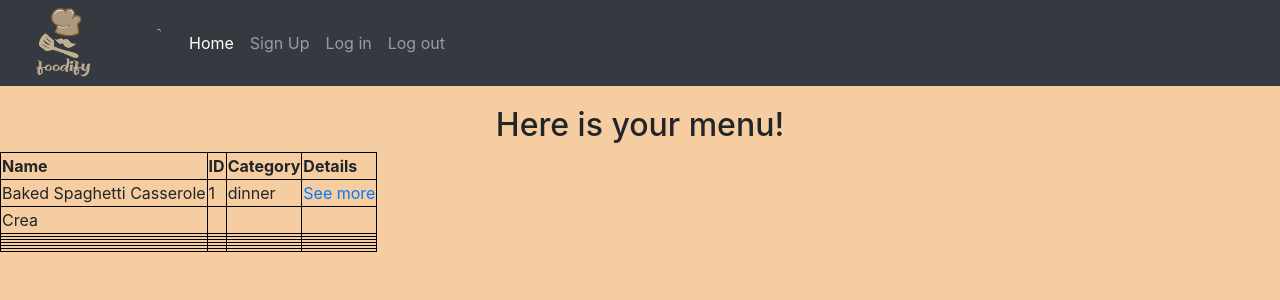
Repository: RanaHisham18/Foodify-Web-App
Page: Project IA raghda/usermenu.html
The author's editor kept a copy of each file at every save. The page is drawn from the files as they stood at one save, then again after a run of saves.
The browser window is 1280 px wide. The pictures show the whole page.

Above is the page before, as saved 2022-01-06 18:27:26.

After the next 3 saves:
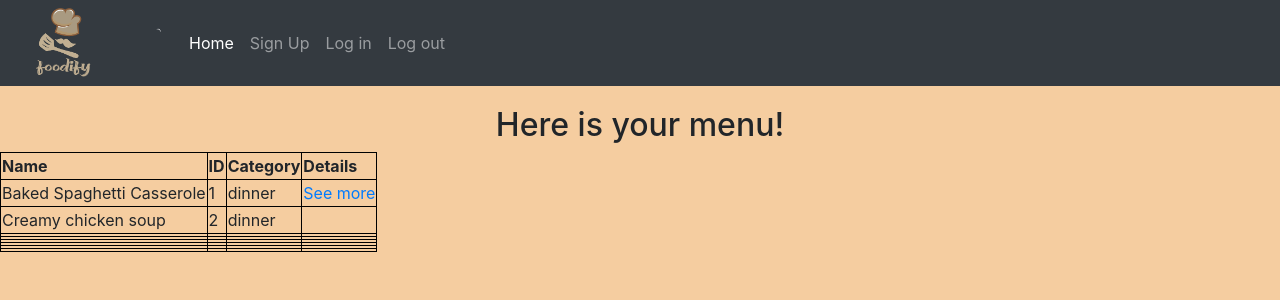
The 3 saves are shown as one change because they came seconds apart.
The last was saved 13 s later.
--- a/Project IA raghda/usermenu.html
+++ b/Project IA raghda/usermenu.html
@@ -57,9 +57,9 @@
 </tr>
 
 <tr>
-    <td>Crea</td>
-    <td></td>
-    <td></td>
+    <td>Creamy chicken soup</td>
+    <td>2</td>
+    <td>dinner</td>
     <td></td>
 </tr>
 
